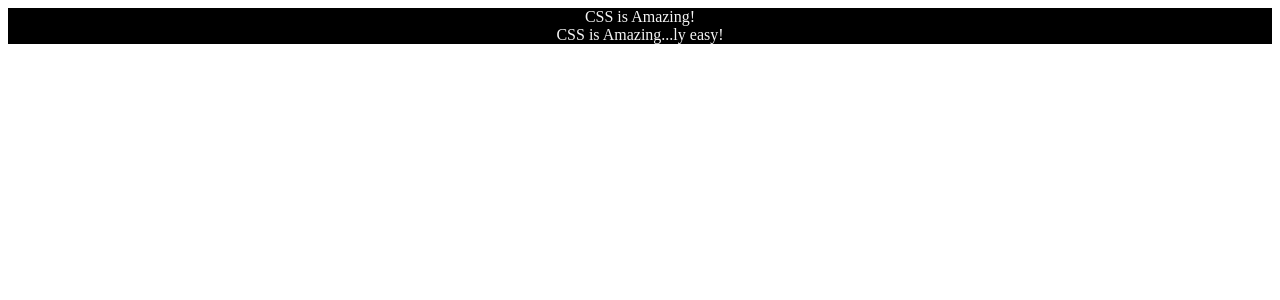
Repository: sammkrt/saltPrecourse
Page: css-trainingGround/cssInHead.html
The author's editor kept a copy of each file at every save. The page is drawn from the files as they stood at one save, then again after the next save.
The browser window is 1280 px wide. The pictures show the whole page.

Above is the page before, as saved 2022-12-15 21:02:43.

After the next save:
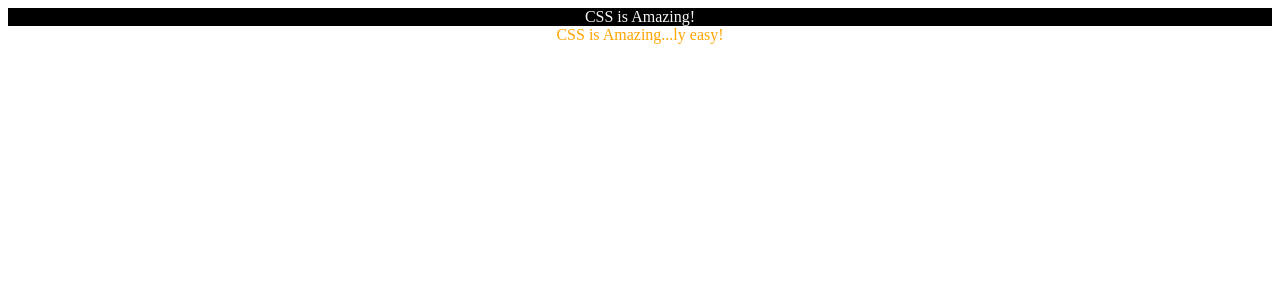
Saved 118 s later.
--- a/css-trainingGround/cssInHead.html
+++ b/css-trainingGround/cssInHead.html
@@ -15,6 +15,8 @@
 </head>
 <body>
     <div>CSS is Amazing!</div>
-    <div>CSS is Amazing...ly easy!</div>
+    <div style="background-color: white; color: orange;">
+         CSS is Amazing...ly easy!
+        </div>
 </body>
 </html>
